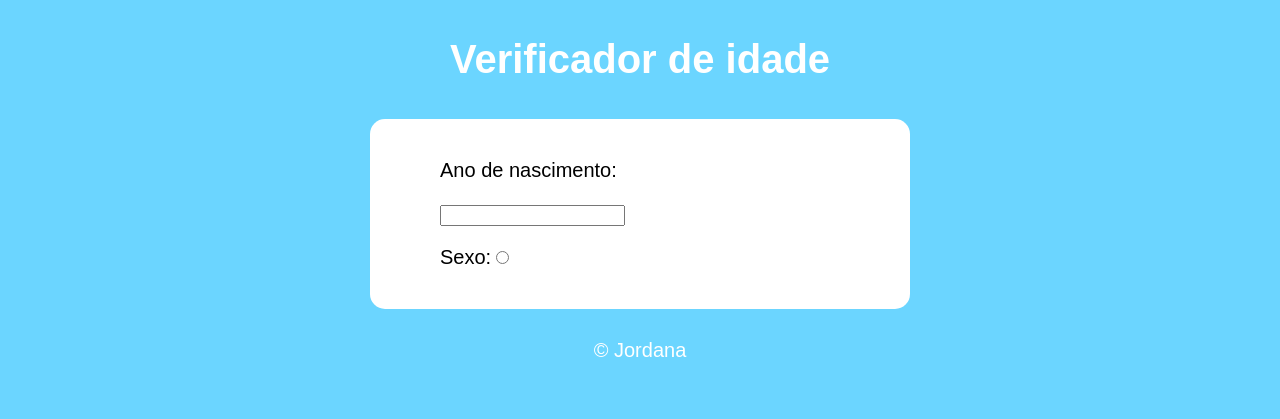
Repository: Iamjordana/Curso-JavaScript
Page: desafio/d02/index.html
These files come from the project's save history. The page is drawn as it stood at one moment and after a run of saves; the edit follows.
The browser window is 1280 px wide. The pictures show the whole page.

Above is the page before, as saved 2025-02-20 13:40:06.

### desafio/d02/index.html
<!DOCTYPE html>
<html lang="pt-br">
<head>
    <meta charset="UTF-8">
    <meta name="viewport" content="width=device-width, initial-scale=1.0">
    <title>Modelo Exercicio 2</title>
    <link rel="stylesheet" href="style.css">
</head>
<body>
    <header>
        <h1>Verificador de idade</h1>
    </header>
    <section>
        <div>
           <p>Ano de nascimento:</p>
           <input type="number" name="txtano" id="txtano" min="0">
           <p>Sexo:<input type="radio" name="res" id="masc" ></p>
           <label for="masculino"></label>
        </div>
        <div id="res">

        </div>
    </section>
    <footer>
        <p>&copy; Jordana</p>
    </footer>
    <script src="script.js"></script>
</body>
</html>

### desafio/d02/style.css
@charset "UTF-8";

body {
  font: normal 15pt Arial, sans-serif;
  background-color: #6bd5ff;
  margin: 0;
  padding: 0;
}

header {
  color: white;
  text-align: center;
  padding: 10px 0;
}

div {
  margin: 0 auto;
  width: 80%;
  text-align:left;
}

section {
  background-color: white;
  padding: 20px;
  border-radius: 15px;
  width: 500px;
  margin: auto;
}

footer {
  color: #ffffff;
  text-align: center;
  padding: 10px 0;
  border-radius: 15px;
}

Loaded but not shown: desafio/d02/script.js (no copy from this time; the picture is the same without it)

After the next 2 saves:
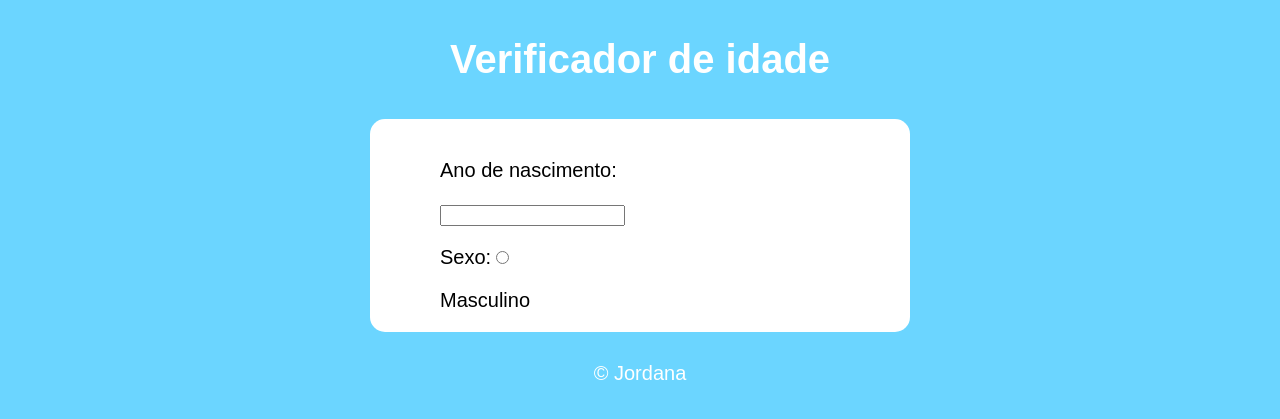
The 2 saves are shown as one change because they came seconds apart.
The last was saved 12 s later.
--- a/desafio/d02/index.html
+++ b/desafio/d02/index.html
@@ -15,7 +15,7 @@
            <p>Ano de nascimento:</p>
            <input type="number" name="txtano" id="txtano" min="0">
            <p>Sexo:<input type="radio" name="res" id="masc" ></p>
-           <label for="masculino"></label>
+           <label for="masc">Masculino</label>
         </div>
         <div id="res">
 
